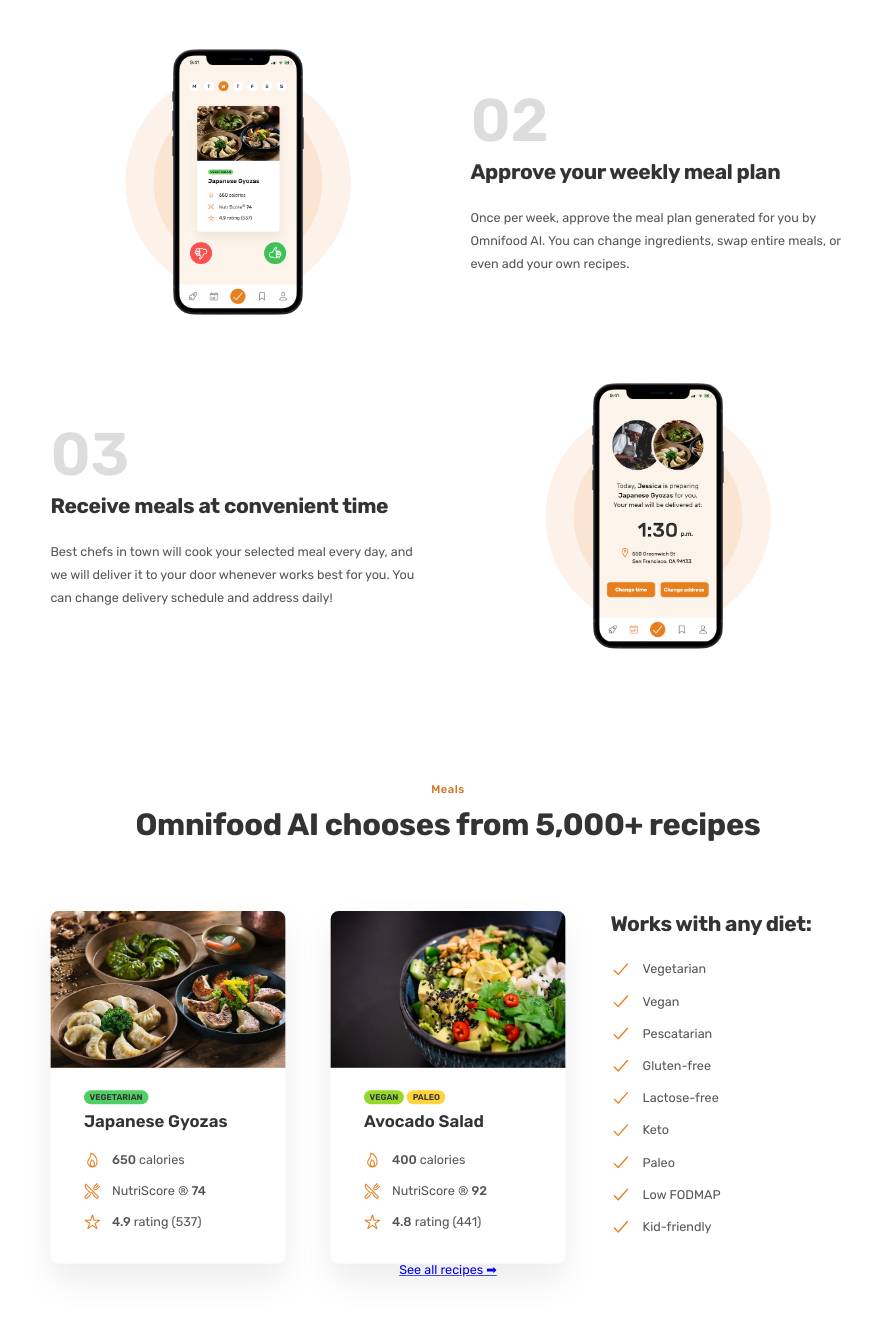
Repository: TranPhucThinh/Omnifood
Page: index.html
These files come from the project's save history. The page is drawn as it stood at one moment and after the next save; the edit follows.
The browser window is 1280 px wide. The pictures show the part of the page from y = 1628 to 3548 px (the page is 3548 px tall), at 70% of full size.

Above is the page before, as saved 2022-08-06 00:05:59.

### index.html
<!DOCTYPE html>
<html lang="en">

<head>
    <meta charset="UTF-8">
    <meta http-equiv="X-UA-Compatible" content="IE=edge">
    <meta name="viewport" content="width=device-width, initial-scale=1.0">

    <link rel="preconnect" href="https://fonts.googleapis.com">
    <link rel="preconnect" href="https://fonts.gstatic.com" crossorigin>
    <link href="https://fonts.googleapis.com/css2?family=Rubik:wght@300;400;500;600;700;800;900&display=swap"
        rel="stylesheet">

    <link rel="stylesheet" href="./assets/styles/general.css">
    <link rel="stylesheet" href="./assets/styles/style.css">

    <title>Omnifood</title>
</head>

<body>
    <!-- SECTION HEADER -->
    <div class="header">
        <a href="#">
            <img src="./assets/imgs/omnifood-logo.png" alt="Omnifood logo" class="header-logo">
        </a>
        <nav class="main-nav">
            <ul class="main-nav-list">
                <li>
                    <a href="#" class="main-nav-link">How it works</a>
                </li>
                <li>
                    <a href="#" class="main-nav-link">Meals</a>
                </li>
                <li>
                    <a href="#" class="main-nav-link">Testimonials</a>
                </li>
                <li>
                    <a href="#" class="main-nav-link">Pricing</a>
                </li>
                <li>
                    <a href="#" class="main-nav-link nav-btn">Try for free</a>
                </li>
            </ul>
        </nav>
    </div>
    <!-- End of SECTION HEADER -->

    <!-- SECTION HERO -->
    <section class="section-hero">
        <div class="hero">
            <div class="hero-text-box">
                <h1 class="heading-primary">A healthy meal delivered to your door, every single day</h1>
                <p class="hero-desc">The smart 365-days-per-year food subscription that will make you eat healthy again.
                    Tailored to your personal tastes and nutritional needs.</p>
                <a href="#" class="btn btn--full margin-right-sm">Start eating well</a>
                <a href="#" class="btn btn--outline">Learn more ⬇</a>
                <div class="delivered-meals">
                    <div class="delivered-imgs">
                        <img src="./assets/imgs/customers/customer-1.jpg" alt="customer 1">
                        <img src="./assets/imgs/customers/customer-2.jpg" alt="customer 2">
                        <img src="./assets/imgs/customers/customer-3.jpg" alt="customer 3">
                        <img src="./assets/imgs/customers/customer-4.jpg" alt="customer 4">
                        <img src="./assets/imgs/customers/customer-5.jpg" alt="customer 5">
                        <img src="./assets/imgs/customers/customer-6.jpg" alt="customer 6">
                    </div>
                    <p class="delivered-text">
                        <span>250,000+</span> meals delivered last year!
                    </p>
                </div>
            </div>
            <div class="hero-img-box">
                <img src="./assets/imgs/hero.png"
                    alt="woman enjoy food, meals in storage container, and food bowls on a table" class="hero-img">
            </div>
        </div>
    </section>
    <!-- End of SECTION HERO -->

    <!-- SECTION FEATURED -->
    <section class="section-featured">
        <div class="container">
            <h2 class="heading-feature-in">As featured in</h2>
            <div class="logos">
                <img src="./assets/imgs/logos/techcrunch.png" alt="Techcrunch logo">
                <img src="./assets/imgs/logos/business-insider.png" alt="business insider logo">
                <img src="./assets/imgs/logos/the-new-york-times.png" alt="The new york time logo">
                <img src="./assets/imgs/logos/forbes.png" alt="Forbes logo">
                <img src="./assets/imgs/logos/usa-today.png" alt="Usa today logo">
            </div>
        </div>
    </section>
    <!-- End of SECTION FEATURED -->

    <!-- SECTION HOW IT WORKS -->
    <section class="section-how">
        <div class="container">
            <p class="subheading">HOW IT WORKS</p>
            <h2 class="heading-secondary">Your daily dose of health in 3 simple steps</h2>
        </div>
        <div class="container grid grid--2-cols grid--center-vertical">
            <!-- STEP 1 -->
            <div class="step-text-box">
                <div class="step-number">01</div>
                <h3 class="heading-tertiary">Tell us what you like (and what not)</h3>
                <p class="step-desc">Never again waste time thinking about what to eat! Omnifood AI will create a 100%
                    personalized weekly meal plan just for you. It makes sure you get all the nutrients and vitamins you
                    need, no matter what diet you follow!</p>
            </div>
            <div class="step-img-box">
                <img src="./assets/imgs/app/app-screen-1.png" alt="iPhone app preferences selection screen"
                    class="step-img">
            </div>

            <!-- STEP 2 -->
            <div class="step-img-box">
                <img src="./assets/imgs/app/app-screen-2.png" alt="iPhone app
                meal approving plan screen" class="step-img">
            </div>
            <div class="step-text-box">
                <div class="step-number">02</div>
                <h3 class="heading-tertiary">Approve your weekly meal plan</h3>
                <p class="step-desc">Once per week, approve the meal plan generated for you by Omnifood AI. You can
                    change ingredients, swap entire meals, or even add your own recipes.</p>
            </div>

            <!-- STEP 3 -->
            <div class="step-text-box">
                <div class="step-number">03</div>
                <h3 class="heading-tertiary">Receive meals at convenient time</h3>
                <p class="step-desc">Best chefs in town will cook your selected meal every day, and we will deliver it
                    to your door whenever works best for you. You can change delivery schedule and address daily!</p>
            </div>
            <div class="step-img-box">
                <img src="./assets/imgs/app/app-screen-3.png" alt="iPhone app
                delivery screen" class="step-img">
            </div>
        </div>
    </section>
    <!-- End of SECTION HOW IT WORKS -->

    <!-- SECTION MEALS -->
    <section class="section-meals">
        <div class="container center-text">
            <p class="subheading">Meals</p>
            <h2 class="heading-secondary">Omnifood AI chooses from 5,000+ recipes</h2>
        </div>
        <div class="container grid grid--3-cols">
            <div class="meal">
                <img src="./assets/imgs/meals/meal-1.jpg" alt="Japanese Gyozas" class="meal-img">
                <div class="meal-content">
                    <div class="meal-tag">
                        <p class="tag tag--vegetarian">vegetarian</p>
                    </div>
                    <p class="meal-title">Japanese Gyozas</p>
                    <ul class="meal-attributes">
                        <li class="meal-attribute">
                            <ion-icon class="meal-icon" name="flame-outline"></ion-icon>
                            <span><strong>650</strong> calories</span>
                        </li>
                        <li class="meal-attribute">
                            <ion-icon class="meal-icon" name="restaurant-outline"></ion-icon>
                            <span>NutriScore ® <strong>74</strong></span>
                        </li>
                        <li class="meal-attribute">
                            <ion-icon class="meal-icon" name="star-outline"></ion-icon>
                            <span><strong>4.9</strong> rating (537)</span>
                        </li>
                    </ul>
                </div>
            </div>
            <div class="meal">
                <img src="./assets/imgs/meals/meal-2.jpg" alt="Avocado Salad" class="meal-img">
                <div class="meal-content">
                    <div class="meal-tag">
                        <p class="tag tag--vegan">vegan</p>
                        <p class="tag tag---paleo">paleo</p>
                    </div>
                    <p class="meal-title">Avocado Salad</p>
                    <ul class="meal-attributes">
                        <li class="meal-attribute">
                            <ion-icon class="meal-icon" name="flame-outline"></ion-icon>
                            <span><strong>400</strong> calories</span>
                        </li>
                        <li class="meal-attribute">
                            <ion-icon class="meal-icon" name="restaurant-outline"></ion-icon>
                            <span>NutriScore ® <strong>92</strong></span>
                        </li>
                        <li class="meal-attribute">
                            <ion-icon class="meal-icon" name="star-outline"></ion-icon>
                            <span><strong>4.8</strong> rating (441)</span>
                        </li>
                    </ul>
                </div>
            </div>
            <div class="diet">
                <h3 class="heading-tertiary">Works with any diet:</h3>
                <ul class="list">
                    <li class="list-item">
                        <ion-icon class="list-icon" name="checkmark-outline"></ion-icon>
                        <span>Vegetarian</span>
                    </li>
                    <li class="list-item">
                        <ion-icon class="list-icon" name="checkmark-outline"></ion-icon>
                        <span>Vegan</span>
                    </li>
                    <li class="list-item">
                        <ion-icon class="list-icon" name="checkmark-outline"></ion-icon>
                        <span>Pescatarian</span>
                    </li>
                    <li class="list-item">
                        <ion-icon class="list-icon" name="checkmark-outline"></ion-icon>
                        <span>Gluten-free</span>
                    </li>
                    <li class="list-item">
                        <ion-icon class="list-icon" name="checkmark-outline"></ion-icon>
                        <span>Lactose-free</span>
                    </li>
                    <li class="list-item">
                        <ion-icon class="list-icon" name="checkmark-outline"></ion-icon>
                        <span>Keto</span>
                    </li>
                    <li class="list-item">
                        <ion-icon class="list-icon" name="checkmark-outline"></ion-icon>
                        <span>Paleo</span>
                    </li>
                    <li class="list-item">
                        <ion-icon class="list-icon" name="checkmark-outline"></ion-icon>
                        <span>Low FODMAP</span>
                    </li>
                    <li class="list-item">
                        <ion-icon class="list-icon" name="checkmark-outline"></ion-icon>
                        <span>Kid-friendly</span>
                    </li>
                </ul>
            </div>
        </div>
        <div class="container all-recipes center-text">
            <a href="#">See all recipes ➡</a>
        </div>
    </section>
    <!-- End of SECTION MEALS -->

    <script type="module" src="https://unpkg.com/ionicons@5.5.2/dist/ionicons/ionicons.esm.js"></script>
    <script nomodule src="https://unpkg.com/ionicons@5.5.2/dist/ionicons/ionicons.js"></script>
</body>

</html>

### assets/styles/general.css
* {
  margin: 0;
  padding: 0;
  box-sizing: border-box;
}

html {
  font-size: 62.5%;
}

body {
  font-family: 'Rubik', sans-serif;
  line-height: 1;
  font-weight: 400;
  color: #555;
}

/* GENERAL REUSABLE COMPONENTS */
.container {
  max-width: 120rem;
  padding: 0 3.2rem;
  margin: 0 auto;
}

.grid {
  display: grid;
  row-gap: 9.6rem;
  column-gap: 6.4rem;
}

.grid--2-cols {
  grid-template-columns: repeat(2, 1fr);
}

.grid--3-cols {
  grid-template-columns: repeat(3, 1fr);
}

.grid--4-cols {
  grid-template-columns: repeat(4, 1fr);
}

.grid--center-vertical {
  align-items: center;
}

.heading-primary,
.heading-secondary,
.heading-tertiary {
  letter-spacing: -0.5px;
  color: #333;
  font-weight: 700;
}

.heading-primary {
  line-height: 1.05;
  font-size: 5.2rem;
  margin-bottom: 3.2rem;
}

.heading-secondary {
  font-size: 4.4rem;
  line-height: 1.2;
  margin-bottom: 9.6rem;
}

.heading-tertiary {
  font-size: 3rem;
  line-height: 1.2;
  margin-bottom: 3.2rem;
}

.subheading {
  font-size: 1.6rem;
  color: #cf711f;
  margin-bottom: 1.6rem;
  font-weight: 500;
  letter-spacing: 0.75px;
}

.hero-text-box .btn:link,
.hero-text-box .btn:visited {
  text-decoration: none;
  font-size: 2rem;
  font-weight: 600;
  display: inline-block;
  border-radius: 8px;
  padding: 1.6rem 3.2rem;
  transition: all 0.3s;
}

.hero-text-box .btn--full:link,
.hero-text-box .btn--full:visited {
  color: #fff;
  background-color: #e67e22;
}

.hero-text-box .btn--full:hover,
.hero-text-box .btn--full:active {
  background-color: #cf711f;
}

.hero-text-box .btn--outline:link,
.hero-text-box .btn--outline:visited {
  color: #555;
  background-color: #fff;
  border: -4px solid #fff;
}

.hero-text-box .btn--outline:hover,
.hero-text-box .btn--outline:active {
  background-color: #fdf2e9;
}

.margin-right-sm {
  margin-right: 1.6rem !important;
}

.step-img-box::before,
.step-img-box::after {
  content: '';
  display: block;
  position: absolute;
  top: 50%;
  left: 50%;
  transform: translate(-50%, -50%);
  border-radius: 50%;
}

.center-text {
  text-align: center;
}
/* END of GENERAL REUSABLE COMPONENTS */

### assets/styles/style.css
/* Section Header */
.header {
  display: flex;
  justify-content: space-between;
  height: 9.6rem;
  align-items: center;
  padding: 0 4.8rem;
  background-color: #fdf2e9;
}

.header-logo {
  height: 2.2rem;
}

.main-nav-list {
  display: flex;
  list-style-type: none;
  gap: 3.2rem;
}

.main-nav-link:link,
.main-nav-link:visited {
  text-decoration: none;
  font-size: 1.8rem;
  color: #333;
  font-weight: 500;
  transition: all 0.3s;
}

.main-nav-link:hover,
.main-nav-link:active {
  color: #cf711f;
}

.main-nav-link.nav-btn:link,
.main-nav-link.nav-btn:visited {
  padding: 1.2rem 2.4rem;
  border-radius: 9px;
  background-color: #e67e22;
  color: #fff;
}

.main-nav-link.nav-btn:hover,
.main-nav-link.nav-btn:active {
  color: #fff;
  background-color: #cf711f;
}
/* End of Section Header */

/* Section Hero */
.section-hero {
  background-color: #fdf2e9;
  padding: 4.8rem 0 9.6rem;
}

.hero {
  max-width: 130rem;
  margin: 0 auto;
  display: grid;
  grid-template-columns: 1fr 1fr;
  gap: 9.6rem;
  padding: 0 3.2rem;
  align-items: center;
}

.hero-text-box .hero-desc {
  font-size: 2rem;
  color: #555;
  line-height: 1.6;
  margin-bottom: 4.8rem;
}

.hero-img-box .hero-img {
  width: 100%;
}

.delivered-meals {
  margin-top: 8rem;
  display: flex;
  align-items: center;
  gap: 1.6rem;
}

.delivered-imgs {
  display: flex;
}

.delivered-imgs img {
  width: 4.8rem;
  height: 4.8rem;
  border-radius: 50%;
  border: 3px solid #fff;
  margin-right: -1.6rem;
}

.delivered-imgs img:last-child {
  margin-right: 0;
}

.delivered-text {
  font-size: 1.8rem;
  font-weight: 600;
}

.delivered-text span {
  font-weight: 700;
  color: #cf711f;
}
/* End of Section Hero */

/* Section featured */
.section-featured {
  padding: 4.8rem 0 3.2rem;
}
.logos {
  display: flex;
  justify-content: space-around;
}

.heading-feature-in {
  font-size: 1.4rem;
  text-transform: uppercase;
  letter-spacing: 0.75px;
  font-weight: 500;
  color: #888;
  text-align: center;
  margin-bottom: 2.4rem;
}

.section-featured img {
  height: 3.2rem;
  filter: brightness(0%);
  opacity: 0.5;
}
/* End of Section featured */

/* Section how it works */
.section-how {
  padding: 9.6rem 0;
}
.step-number {
  font-size: 8.6rem;
  color: #ddd;
  font-weight: 600;
  margin-bottom: 1.2rem;
}

.step-desc {
  font-size: 1.8rem;
  color: #555;
  line-height: 1.8;
}

.step-img-box {
  text-align: center;
  position: relative;
}

.step-img-box::before {
  width: 60%;
  padding-bottom: 60%;

  background-color: #fdf2e9;
  z-index: -2;
}

.step-img-box::after {
  width: 45%;
  padding-bottom: 45%;
  background-color: #fae5d3;
  z-index: -1;
}

.step-img {
  width: 35%;
}
/* End of Section how it works */

/* Section meals */
.section-meals {
  padding: 9.6rem 0;
}
.meal {
  border-radius: 12px;
  overflow: hidden;
  box-shadow: 0 2.4rem 4.8rem rgb(0 0 0 / 8%);
}

.meal-img {
  width: 100%;
  display: block;
}

.meal-content {
  padding: 3.2rem 4.8rem 4.8rem;
}

.meal-tag {
  margin-bottom: 1.2rem;
}

.tag {
  display: inline-block;
  font-size: 1.2rem;
  text-transform: uppercase;
  color: #333;
  font-weight: 600;
  padding: 4px 8px;
  border-radius: 12px;
}

.tag--vegetarian {
  background-color: #51cf66;
}

.tag--vegan {
  background-color: #94d82d;
  margin-right: 2px;
}

.tag---paleo {
  background-color: #ffd43b;
}

.meal-title {
  font-size: 2.4rem;
  color: #333;
  font-weight: 600;
  margin-bottom: 3.2rem;
}

.meal-attributes {
  list-style-type: none;
  display: flex;
  flex-direction: column;
  justify-content: space-between;
  gap: 2rem;
}

.meal-attribute {
  font-size: 1.8rem;
  display: flex;
  gap: 1.6rem;
  align-items: center;
}

.meal-attribute strong {
  font-weight: 500;
}

.meal-attribute .meal-icon {
  width: 2.4rem;
  height: 2.4rem;
  color: #e67e22;
}

.list {
  list-style-type: none;
  display: flex;
  flex-direction: column;
  gap: 1.6rem;
}

.list-item {
  display: flex;
  gap: 1.6rem;
  align-items: center;
  font-size: 1.8rem;
}

.list-icon {
  width: 3rem;
  height: 3rem;
  color: #e67e22;
}

.all-recipes {
  font-size: 1.8rem;
}
/* End of Section meals */

After the next save:
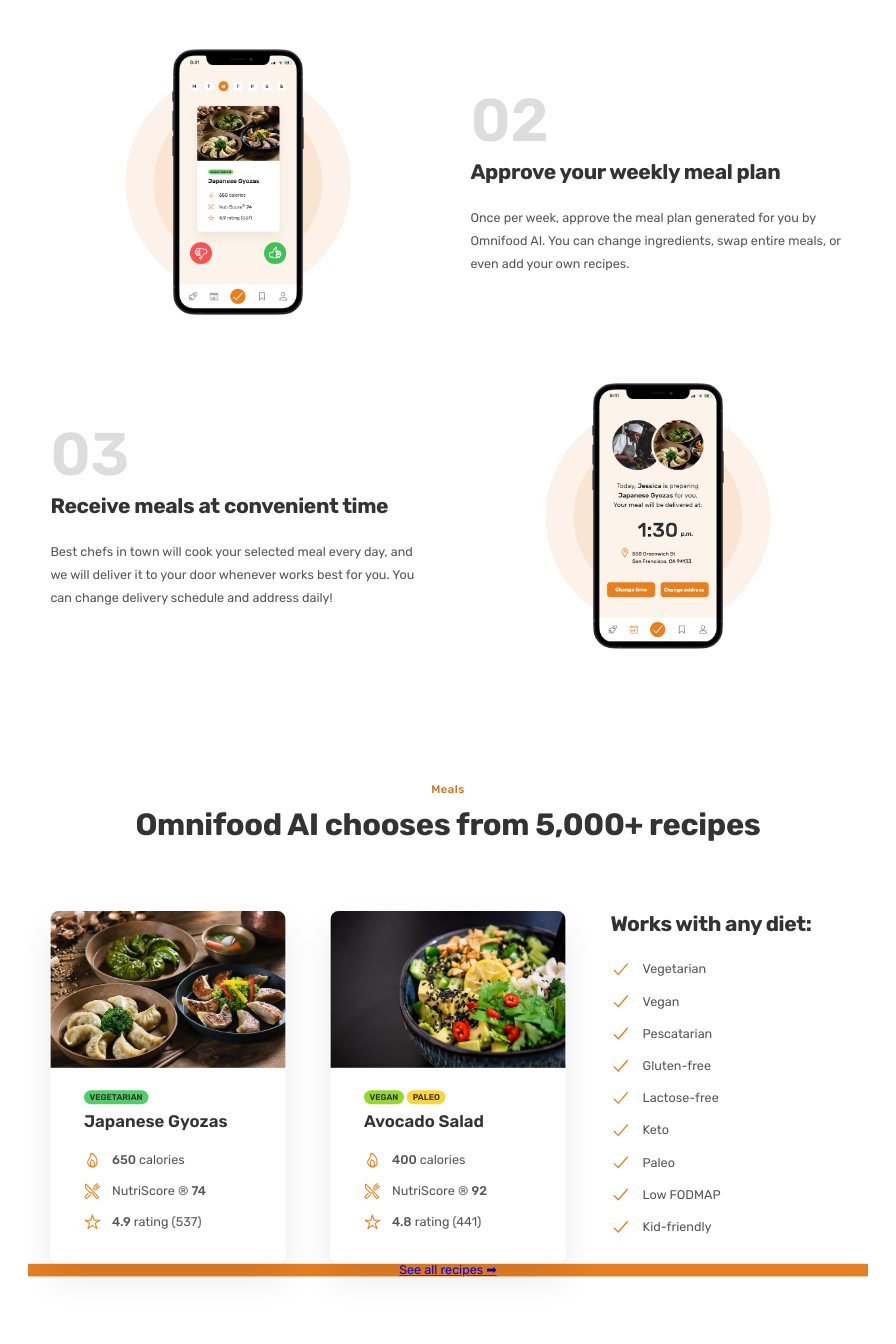
Saved 34 s later.
--- a/assets/styles/style.css
+++ b/assets/styles/style.css
@@ -276,5 +276,6 @@
 
 .all-recipes {
   font-size: 1.8rem;
+  background-color: #e67e22;
 }
 /* End of Section meals */

After the save that followed:
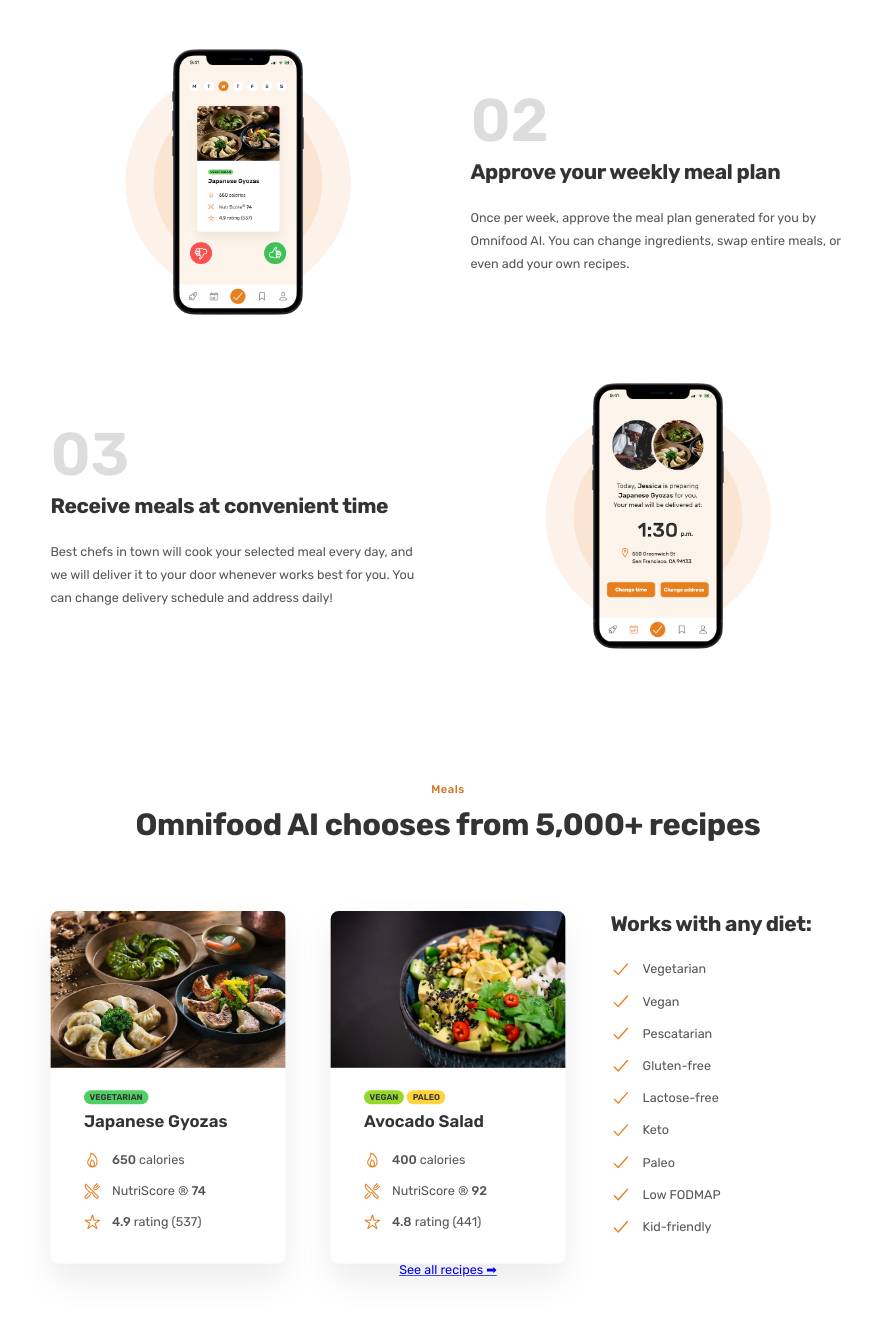
Saved 8 s later.
--- a/assets/styles/style.css
+++ b/assets/styles/style.css
@@ -276,6 +276,6 @@
 
 .all-recipes {
   font-size: 1.8rem;
-  background-color: #e67e22;
+  color: #e67e22;
 }
 /* End of Section meals */
